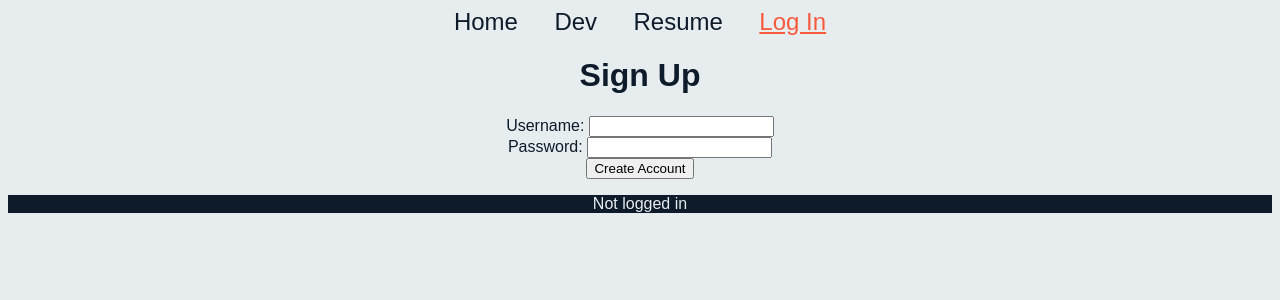
Repository: eghere-bsu/ethanghere-website
Page: http://localhost/signup.php
The author's editor kept a copy of each file at every save. The page is drawn from the files as they stood at one save, then again after the next save.
The browser window is 1280 px wide. The pictures show the whole page.
The page is run by PHP 8.4 with error messages shown; the project is at /var/www/html/.

Above is the page before, as saved 2023-11-06 16:15:27.

### signup.php
<?php
   $page = 'login';
   include_once 'navbar.php';
?>

<html>
   <h1>Sign Up</h1>
   <?php
      if(isset($_SESSION['message'])) {
         echo htmlspecialchars($_SESSION['message'], ENT_QUOTES, 'UTF-8');
         unset($_SESSION['message']);
      }
   ?>
   <form method="post" action="signup_handler.php">
      <label for="username">Username:</label>
      <input type="text" id="username" name="username"><br>
      <label for="password">Password:</label>
      <input type="password" id="password" name="password"><br>
      <input type="submit" value="Create Account">
   </form>
</html>

<?php include_once 'footer.php'; ?>

### navbar.php
<?php
   session_start();
   ini_set('display_errors', 1);
   error_reporting(E_ALL);

   // Unset session variables if logging out
   if (isset($_GET['action']) && $_GET['action'] === 'logout') {
      unset($_SESSION['auth']);
      unset($_SESSION['username']);
      unset($_SESSION['powerlvl']);
   }
   $loggedIn = isset($_SESSION['auth']) && $_SESSION['auth'] === true;
   $loginText = $loggedIn ? 'Log Out' : 'Log In';
   $loginHref = $loggedIn ? 'login.php?action=logout' : 'login.php';

   $loginButton = '<a class="' . ($page == 'login' ? 'active' : '') . '" href="' . $loginHref . '">' . $loginText . '</a>';
?>

<head>
	<link rel="stylesheet" href="styles.css">
   <link rel="icon" type="image/x-icon" href="favicon.ico">
</head>
<header><title>Ethan Ghere</title></header>
<div class="nav">
   <a class="<?php if ($page == 'home')
      { echo 'active'; }?>" href='index.php'>Home</a>
   <a class="<?php if ($page == 'dev')
      { echo 'active'; }?>" href='dev.php'>Dev</a>
   <a href="assets/resume.pdf">Resume</a>

   <?php echo $loginButton; ?>
</div>

### footer.php
<div class="footer">
    <span class="footer" href="#nav">
    <?php
        if (isset($_SESSION['auth']) && $_SESSION['auth'] === true) {
            if (isset($_SESSION['username'])) {
                echo 'Logged in as ' . $_SESSION['username'];
            } else {
                echo 'Username not found';
            }
        } else {
            echo 'Not logged in';
        }
    ?>
    </span>
</div>

### styles.css
/* Global */
html {
   background: #e7ecef;
   color: #0d1b2a;
   font-family: sans-serif;
   text-align: center;
   margin: auto;
}

body {
   color: #0d1b2a;
}

.row {
   display: flex;
   flex-direction: row;
   width: 80%;
   margin: auto;
}

.column {
   float: left;
}

/* Navigation */
.nav a {
	color: #0d1b2a;
	padding: 14px 16px;
	font-size: 24px;
	text-decoration: none;
}

.nav a.active {
	color: #f85a3e;
   text-decoration: underline;
}

/* Footer */
.footer {
   /* position: fixed;
   left: 0;
   bottom: 0; */
   width: 100%;
   background-color: #0d1b2a;
   color: #e7ecef;
   text-decoration: none;
}

/* Homepage */

.hero-l {
   width: 15%;
}

.hero-m {
   width: 30%;
}

.hero-r {
   width: 55%;
   text-align: right;
   font-size: 1.6em;
}

.row:after {
   content: "";
   display: table;
   clear: both;
}

.name {
   color: #f85a3e;
   display: flex;
   flex-direction: column;
   float: left;
   margin: 0;
   font-size: 5em;
   line-height: 1em;
   word-wrap: break-word;
   border-left: 8px solid #f85a3e;
   padding-left: 8px;
}


/* bumper.html */
.bumper {
   background-color: #0d1b2a;
   width: 100%;
   height: 10vh;
}

/* dev.php */

After the next save:
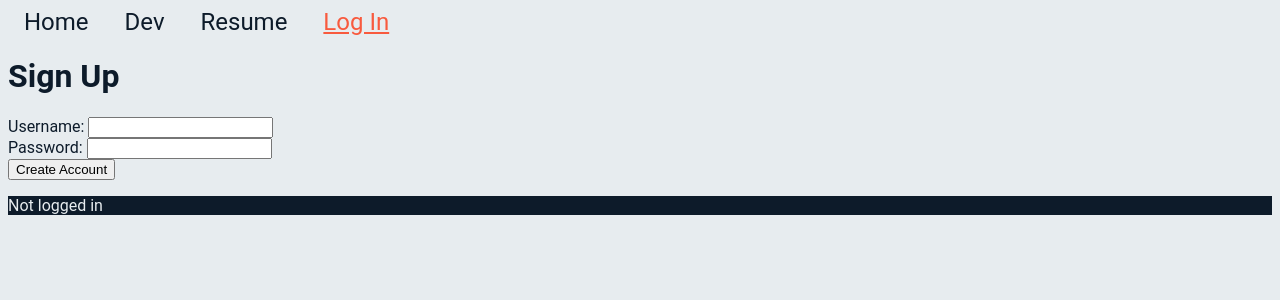
Saved 40 min 56 s later.
--- a/styles.css
+++ b/styles.css
@@ -2,8 +2,8 @@
 html {
    background: #e7ecef;
    color: #0d1b2a;
-   font-family: sans-serif;
-   text-align: center;
+   font-family: 'Roboto', sans-serif;
+   -webkit-font-smoothing: antialiased;
    margin: auto;
 }
 
